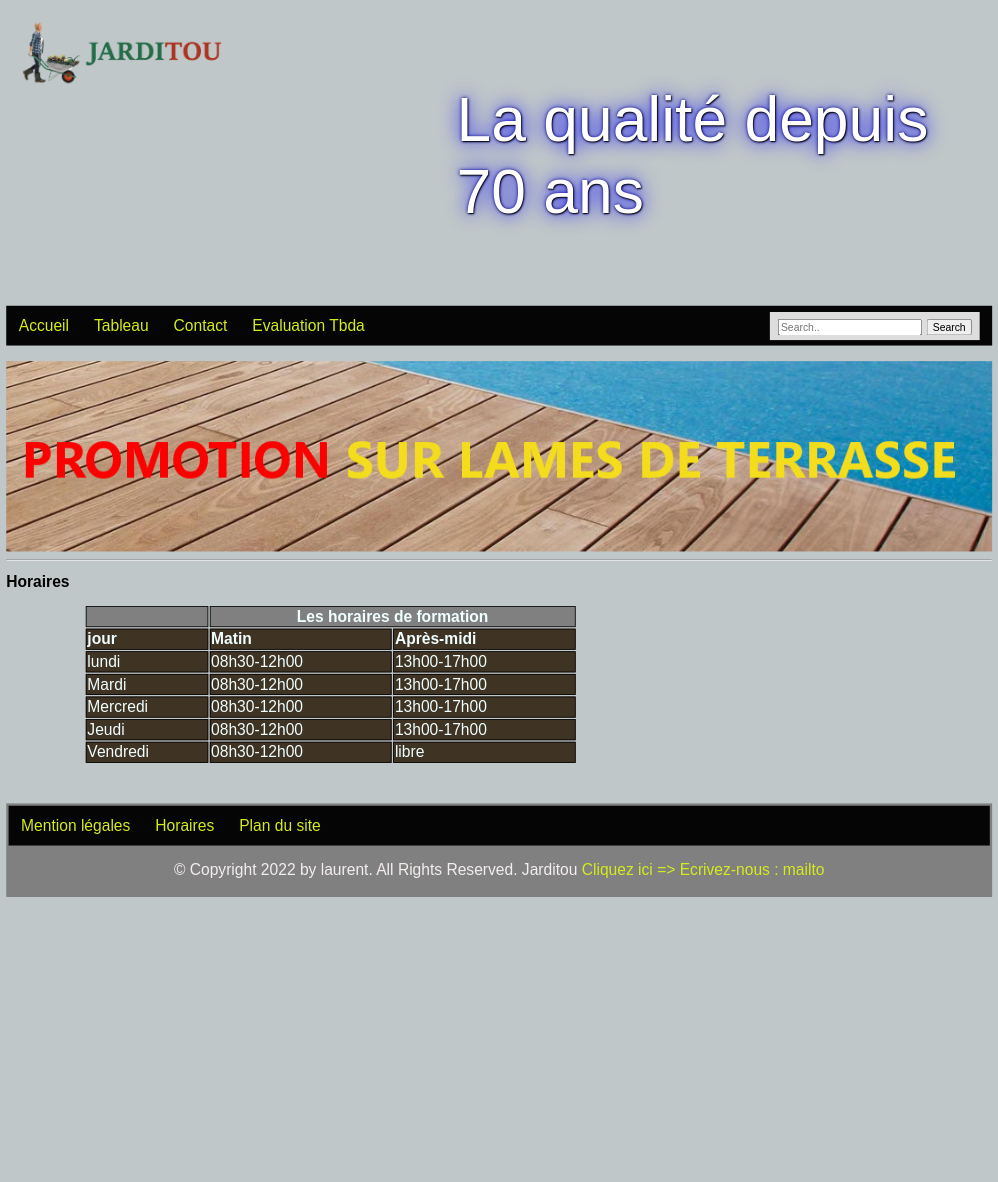
Repository: laurentbul/jarditou
Page: javascript/horaire.html
These files come from the project's save history. The page is drawn as it stood at one moment and after the next save; the edit follows.
The browser window is 1280 px wide. The pictures show the whole page, at 78% of full size.

Above is the page before, as saved 2022-12-15 02:19:16.

### javascript/horaire.html
<!DOCTYPE html>
<html lang="fr">

  <head>
    <meta charset="UTF-8">
    <meta http-equiv="X-UA-Compatible" content="IE=edge">
    <meta name="viewport" content="width=device-width, initial-scale=1.0">
    <title>cours exercices HTML</title>
    <link rel="stylesheet" href="./assets/css/style.css" />
  </head>
<body>
  <div class="flex-container">
    <div>
      <img src="./assets/img/jarditou_logo.png" alt="jarditou logo" title="jarditou logo" height="80" />
    </div>
    <div>
      <p class="slogan">La qualité depuis 70 ans</p>
    </div>
  </div>
  <nav>
    <ul>
      <li><a href="index.html">Accueil</a></li>
      <li><a href="table.html">Tableau</a></li>
      <li><a href="contact.html">Contact</a></li>
      <li><a href="./EvaluationTbda/evaluation_tbda.html">Evaluation Tbda</a></li>
      <li class="search-container">
        <div>
          <form action="/action_page.php">
            <input type="text" class="searchinput" placeholder="Search.." name="search" />
            <button type="submit">Search</button>
          </form>
        </div>
      </li>
    </ul>
  </nav>

  <img src="./assets/img/promotion.jpg" alt="qu'est ce que html" class="imgpromotion" title="promotion jarditou" />
  <hr />
  <h2>Horaires</h2>
  <table>
    <thead>
      <tr>
        <th></th>
        <th colspan="2"><b>Les horaires de formation</b></th>
      </tr>
    </thead>

    <tr>
      <td><b>jour</b></td>
      <td><b>Matin</b></td>
      <td><b>Après-midi</b></td>
    </tr>

    <tr>
      <td>lundi</td>
      <td>08h30-12h00</td>
      <td>13h00-17h00</td>
    </tr>
    <tr>
      <td>Mardi</td>
      <td>08h30-12h00</td>
      <td>13h00-17h00</td>
    </tr>
    <tr>
      <td>Mercredi</td>
      <td>08h30-12h00</td>
      <td>13h00-17h00</td>
    </tr>
    <tr>
      <td>Jeudi</td>
      <td>08h30-12h00</td>
      <td>13h00-17h00</td>
    </tr>
    <tr>
      <td>Vendredi</td>
      <td>08h30-12h00</td>
      <td>libre</td>
    </tr>
  </table>

  <footer>
    <nav>
      <ul>
        <li><a href="mentionlegale.html">Mention légales</a></li>
        <li><a href="horaire.html">Horaires</a></li>
        <li><a href="plandusite.html">Plan du site</a></li>
      </ul>
    </nav>
    <p style="color: rgb(244, 238, 238);">
      &copy; Copyright 2022 by laurent. All Rights Reserved. Jarditou
      <a href="mailto:dave.loper@afpa.fr" title="Nous contacter">
        Cliquez ici => Ecrivez-nous : mailto
      </a>
    </p>
  </footer>
</body>

</html>

### javascript/assets/css/style.css
body {
  font-family: Arial, Helvetica, sans-serif;
  padding: 0px;
  background-color: rgb(192, 199, 201);
  font-size: 20px;
  height: 1500px;
}
h1{font-size: 35px;
}
h2{font-size: 20px;
}
.flex-container {
  display: flex;
}

.flex-container>div {
  padding: 20px;
}

.jarditou_logo {
  height: 80px;
}

.slogan {
  color: white;
  text-shadow: 1px 1px 2px black, 0 0 25px blue, 0 0 5px darkblue;
  font-size: 40px;
  margin-left: 250px;
  font-size: 80px;
}

ul {
  list-style-type: none;
  margin: 0;
  padding: 0;
  overflow: hidden;
  background-color: rgb(5, 5, 5);
}

li {
  float: left;
}

li a {
  display: block;
  color: white;
  text-align: center;
  padding: 14px 16px;
  text-decoration: none;
}

li a:hover:not(.active) {
  background-color: rgb(240, 10, 10);
}

.active {
  background-color: #4caf50;
}

a:link {
  color: rgb(214, 235, 28);
  background-color: transparent;
  text-decoration: none;
}

ul.a {

  background-color: rgb(179, 167, 167);

  color:rgb(42, 226, 211);

}


aside {
  width: 30%;
  height: 25%px;
  padding-left: 15px;
  float: right;
  font-style: italic;
  background-color: lightgray;
  margin-right: 60px;
  /*display:none */ /*===========correction =======================*/
}



.imgpromotion {
  display: block;
  margin-top: 20px;
  margin-left: auto;
  margin-right: auto;
  width: 100%;
}


footer {
  text-align: center;
  padding: 3px;
  background-color: gray;
  color: white;
}


.search-container {
  float: right;
  padding: 6px 10px;
  margin-top: 8px;
  margin-right: 16px;
  background: #ddd;
  font-size: 20px;
  border: none;
  cursor: pointer;
}


* {
  box-sizing: border-box;
}

input[type=text]:not(.searchinput),
select,
textarea {
  width: 100%;
  padding: 12px;
  border: 1px solid #ccc;
  border-radius: 4px;
  resize: vertical;
}



input[type=submit] {
  display: block;
  margin: 0px;
  width: 100%;
  padding: 12px;
  background-color: rgb(211, 211, 212);
}


input[type=submit]:hover {
  background-color: #d6c82f;
}

.container {
  border-radius: 5px;
  background-color: #af1818;
  padding: 20px;
}

#pays {
  font-size: 20px;
}

#birthday {
  font-size: 20px;
}

table {
  margin-bottom: 50px;
  margin-left: 100px;
}


th,
td {
  border: 1px solid black;
  border-collapse: collapse;
  margin-left: 100px;
  margin-bottom: 10px;
  background-color: #3f3324;
}

th {
  background-color: gray;
}

tr {
  color: azure;
}

table {
  width: 50%;
}

.btncontact {
  height: 45px;
  width: 200px;
  background-color: hsl(127, 4%, 46%);
  font-size: 20px;
  margin-left: 100px;
}

.btncontact:hover {
  background-color: #6ab0d8;
  color: white;
}

/* Responsive layout - when the screen is less than 768px wide, make the two columns stack on top of each other instead of next to each other */
@media screen and (max-width: 768px) {

  body {

    background-color: lavender;
    font-size: 14px;
  }


  .flex-container {
    display: flex;
  }

  .flex-container>div {
    padding: 0px;

  }

  .jarditou_logo {
    height: 80px;
  }

  .slogan {
    color: white;
    text-shadow: 1px 1px 2px black, 0 0 25px blue, 0 0 5px darkblue;
    margin-left: 0px;
    font-size: 40px;
  }

  ul {
    list-style-type: none;
    background-color: #367791;
    width: 768px;
  }

  li {
    background-color: rgb(10, 10, 10);
    display: flex;
    justify-content: center;
    width: 768px;
  }

  li a:hover:not(.active) {
    background-color: rgb(240, 10, 10);
  }

  aside{
    visibility: hidden;
}


}

.error{
  color: rgb(197, 22, 22);
}

After the next save:
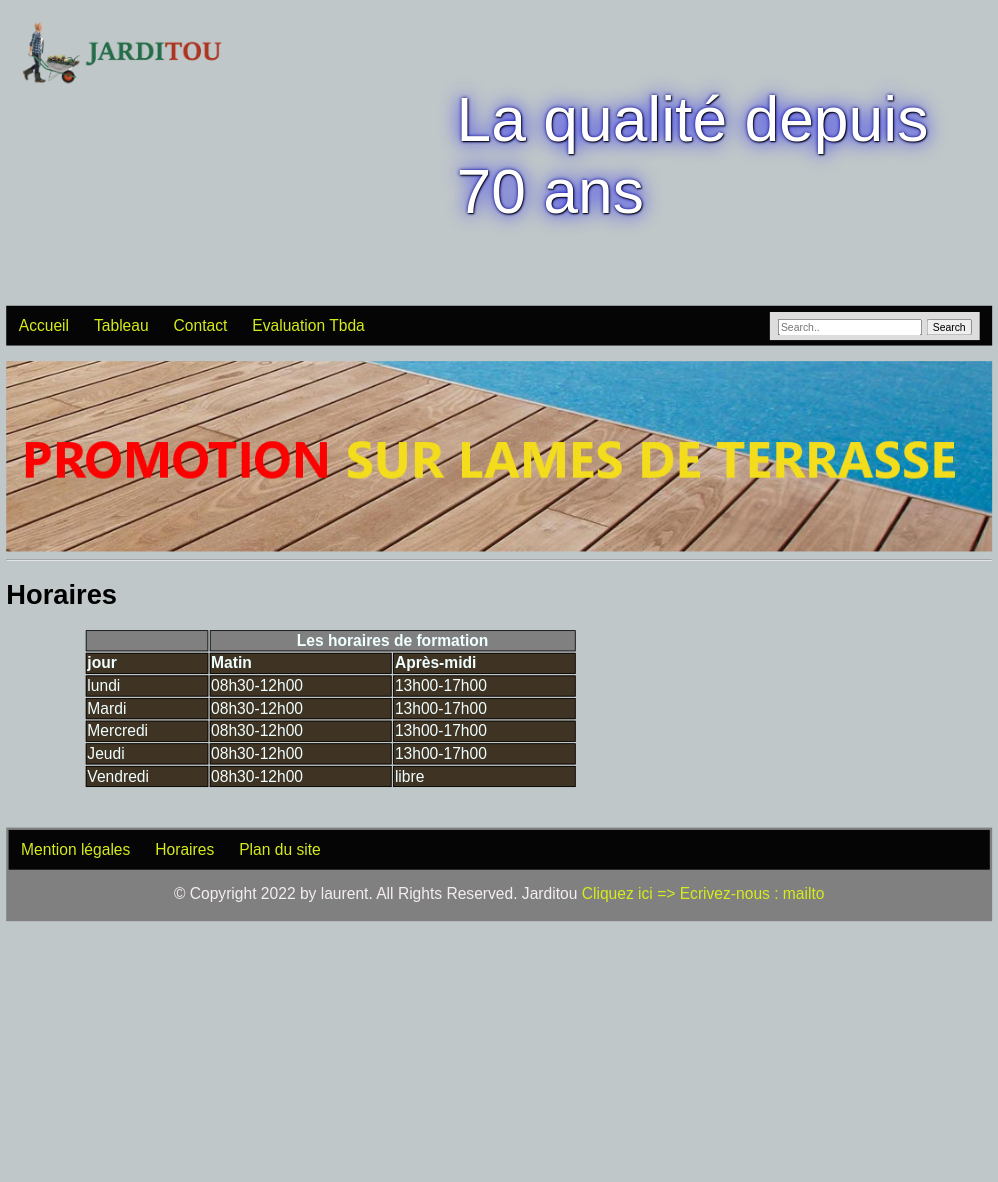
Saved 43 s later.
--- a/javascript/horaire.html
+++ b/javascript/horaire.html
@@ -36,7 +36,7 @@
 
   <img src="./assets/img/promotion.jpg" alt="qu'est ce que html" class="imgpromotion" title="promotion jarditou" />
   <hr />
-  <h2>Horaires</h2>
+  <h1>Horaires</h1>
   <table>
     <thead>
       <tr>
